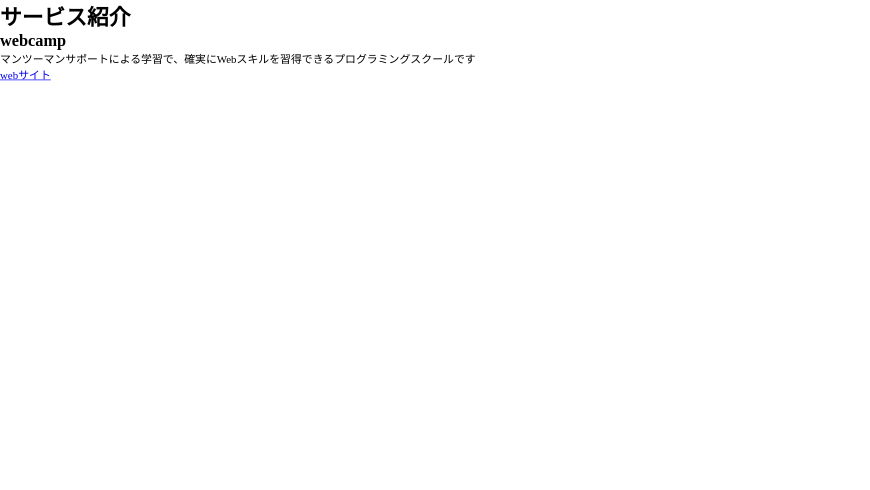
Repository: yuu2310/dmm-webcamp
Page: chapter4_exercise/index.html
The author's editor kept a record of every edit. The page is drawn from the files as they stood at one moment, then again after the next edit.
The browser window is 1280 px wide. The pictures show the whole page, at 68% of full size.

Above is the page before.

### chapter4_exercise/index.html
<!DOCTYPE HTML>
<html lang="ja">
  <head>
    <meta charset="UTF-8" />
    <title>chapter4演習</title>
    <link rel="stylesheet" href="style.css"/>
  </head>

  <body>
   <h1 class="service">サービス紹介</h1>
   <h2>webcamp</h2>
   <p>マンツーマンサポートによる学習で、確実にWebスキルを習得できるプログラミングスクールです</p>
   <a href="https://web-camp.io/">webサイト</a>
  </body>
</html>

### chapter4_exercise/style.css
* {
  margin: 0;
  padding: 0;
  box-sizing: border-box;
}

.header {
  width: 100%;
  height: 50px;
  background-color: #B22222;
}

.main-visual {
  width: 100%;
  height: 500px;
  background-color: #FF6347;
}

.main {
  width: 500px;
  height: 1400px;
  background-color: #32CD32;
}

After the next edit:
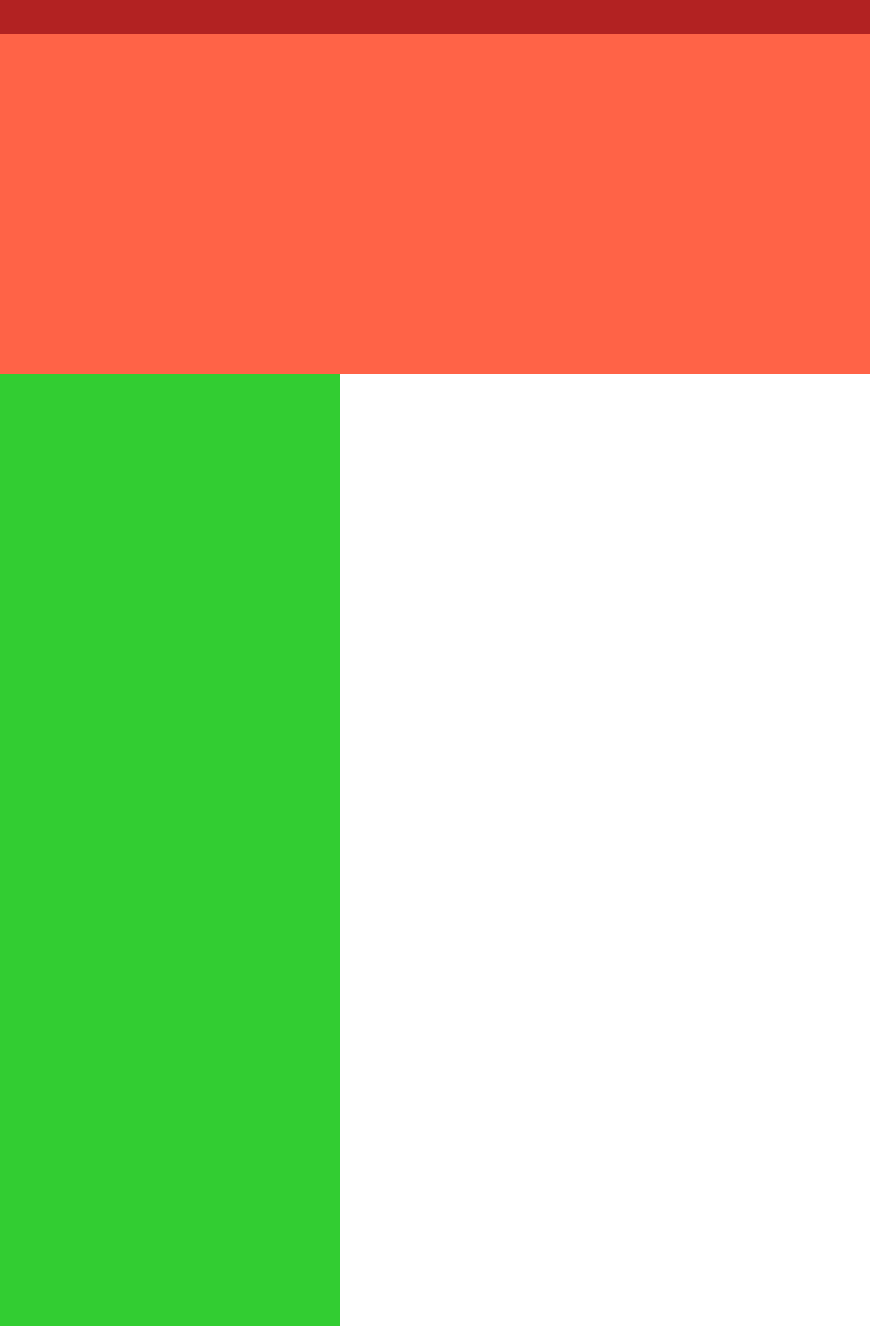
The edit:
--- a/chapter4_exercise/index.html
+++ b/chapter4_exercise/index.html
@@ -7,9 +7,13 @@
   </head>
 
   <body>
-   <h1 class="service">サービス紹介</h1>
-   <h2>webcamp</h2>
-   <p>マンツーマンサポートによる学習で、確実にWebスキルを習得できるプログラミングスクールです</p>
-   <a href="https://web-camp.io/">webサイト</a>
+    <div class="header"></div>
+    <div class="main-visual"></div>
+    <div class="main">
+      <div class="sidebar-left"></div>
+      <div class="blog"></a>
+      <div class="main-content-right"></div>
+    </div>
+    <div class="footer"></div>
   </body>
 </html>
